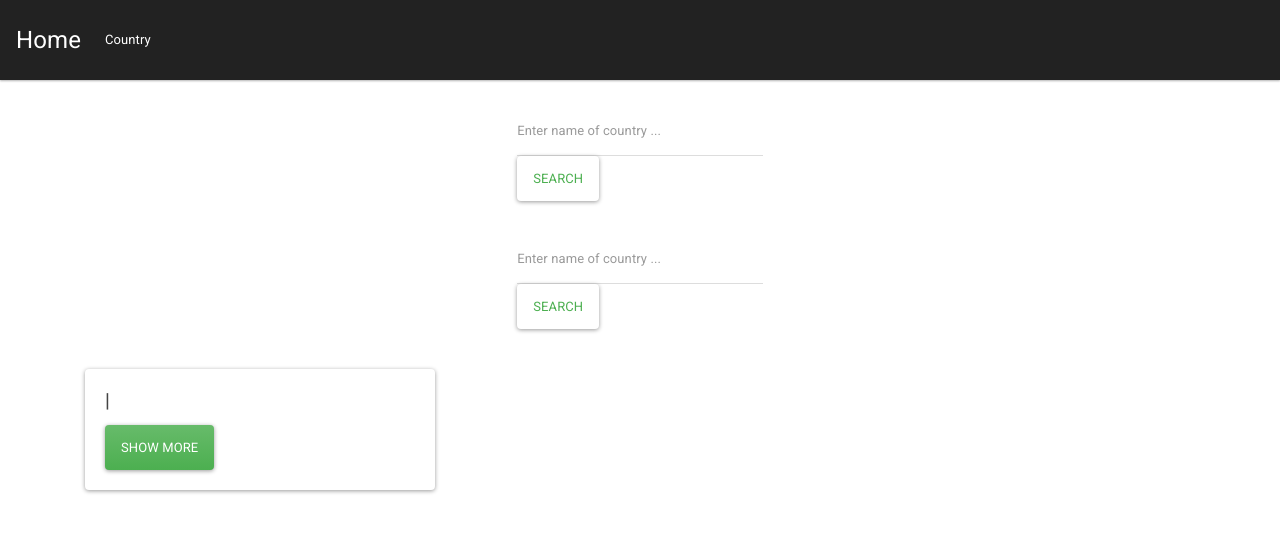
Repository: abdelhak-f/Countries_React
Page: / (app in client/)
These files come from the project's save history. The page is drawn as it stood at one moment and after the next save; the edit follows.
The browser window is 1280 px wide. The pictures show the whole page.
The page's requests for data from a server got no answer. The project was rebuilt for these pictures with package versions that can differ from the ones it lists, and the page was loaded fresh each time. No one was signed in, and anything a server would have sent is missing. Also part of the build but not shown: client/src/components/countrys/ProfilCountry.jsx.

Above is the page before, as saved 2021-05-12 10:17:28.

After the next save:
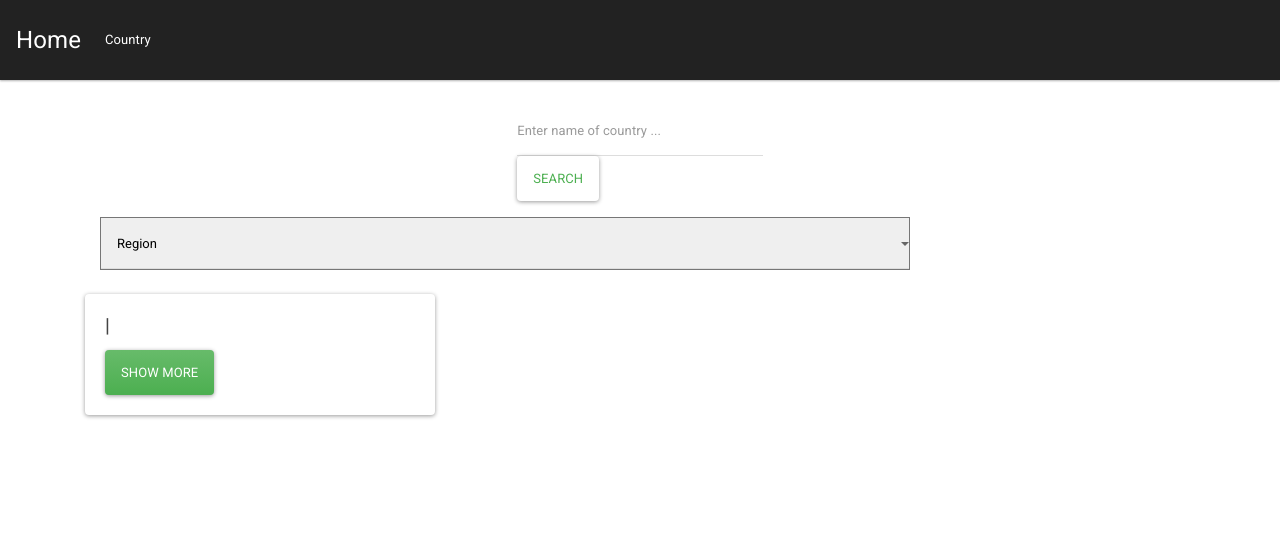
Saved 3 min 7 s later.
--- a/client/src/components/AllCountries.jsx
+++ b/client/src/components/AllCountries.jsx
@@ -1,7 +1,7 @@
 import React, { Component } from 'react';
 import  Country  from  './countrys/Country';
 import SearchCountry from './countrys/SearchCountry';
-import ContinentRegion from './countrys/SearchCountry';
+import ContinentRegion from './countrys/ContinentRegion';
 import axios from 'axios';
 
 class AllCountries extends Component  {
